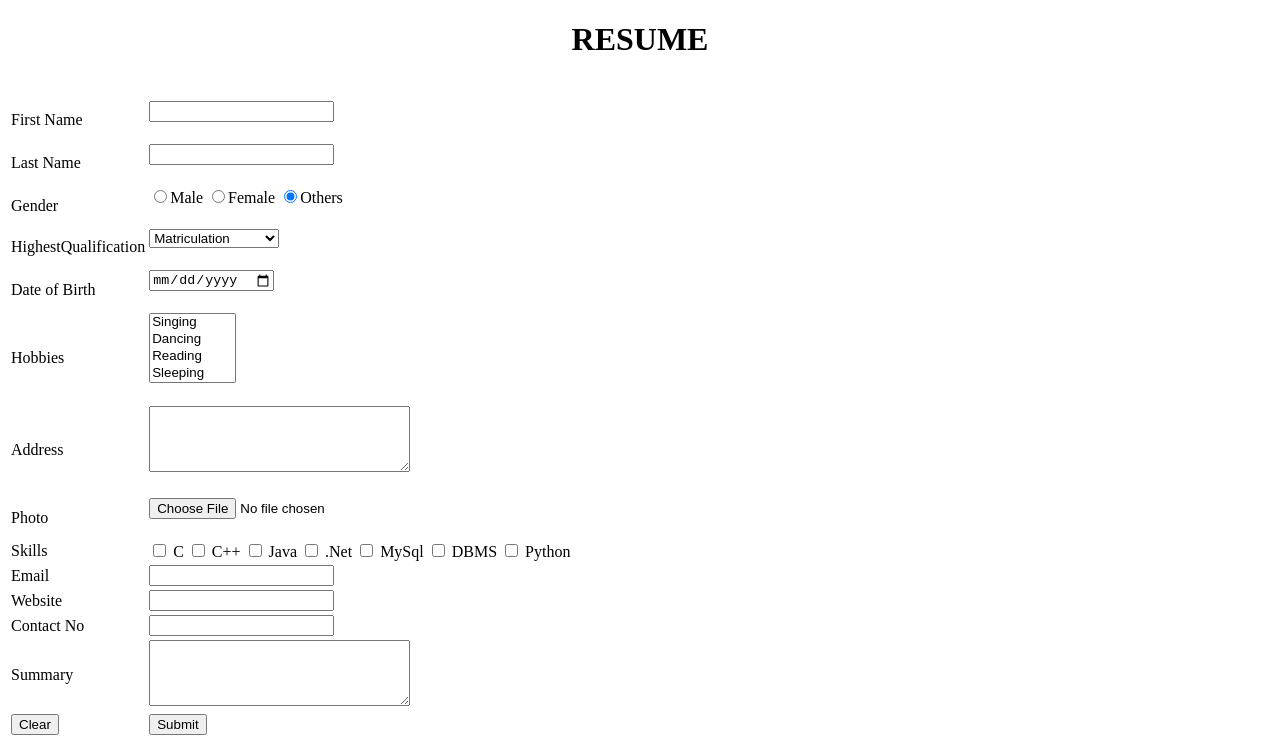
Repository: Rccalfa123/JEE
Page: MyFirstServlet/WebContent/Resume.html
An editor plug-in stored every save of this project. The page is shown before and after the next save, followed by the edit.
The browser window is 1280 px wide. The pictures show the whole page.

Above is the page before, as saved 2018-08-07 08:57:37.

### MyFirstServlet/WebContent/Resume.html
<!DOCTYPE html>
<html>
<head>
<meta charset="ISO-8859-1">
<title>Resume</title>
</head>
<body>
   <form action="ms1.java" method="get">
   <h1 align="center"> RESUME </h1><br>
  <table>
   <tr><td>First Name </td><td><input type="text" name="fname"><br><br></td></tr>

   <tr><td>Last Name</td> <td> <input type="text" name="lname"><br><br></td></tr>

   <tr><td>Gender</td> <td><input type="radio" name = "gender" value="male" checked="checked">Male
   		  <input type="radio" name = "gender" value="female" checked="checked">Female
   		  <input type="radio" name = "gender" value="others" checked="checked">Others<br><br></td></tr>

   <tr><td>HighestQualification</td> <td><select name = "Qualification">
            <option value="matriculation">Matriculation</option>
            <option value="intermediate">Intermediate</option>
            <option value="bachaolor_degree">Bachaelor Degree</option>
            <option value="masters">Masters</option>
   			</select><br><br></td></tr>

   <tr><td>Date of Birth</td><td> <input type="date" name="dob"><br><br></td></tr>

   <tr><td>Hobbies</td> <td><select multiple  name = "hobbies">
            <option value="singing">Singing</option>
            <option value="dancing">Dancing</option>
            <option value="reading">Reading</option>
            <option value="sleeping">Sleeping</option>
            <option value="eating">Eating</option>
            <option value="video_games">Video Games</option>
   			</select><br><br></td></tr>

   <tr><td>Address</td><td> <textarea name="address"   rows="4" cols="30"></textarea><br><br></td></tr>

   <tr><td>Photo</td><td><input type="file"  name="photo"><br><br></td></tr>


   <tr><td>Skills </td>   <td><input type="checkbox" name="skills" value="c"> C
   			 <input type="checkbox" name="skills" value="c++"> C++
   			 <input type="checkbox" name="skills" value="java"> Java
  			 <input type="checkbox" name="skills" value=".net"> .Net
  			 <input type="checkbox" name="skills" value="mysql"> MySql
   			 <input type="checkbox" name="skills" value="dbms"> DBMS
   			 <input type="checkbox" name="skills" value="python"> Python<br></td></tr>

  <tr><td>Email</td> <td>   <input type="email"  name="email"> <br></td></tr>

  <tr><td>Website</td> <td> <input type="url" name="website"><br></td></tr>

  <tr><td>Contact No</td> <td><input type="text" name="contact_no"> <br></td></tr>

  <tr><td>Summary </td><td> <textarea name="summary"   rows="4" cols="30"></textarea><br></td></tr>

  <tr> <td><input type="reset" value="Clear"></td><td> <input type="submit" value="Submit"> </td></tr>
  </table>
 </form>


</body>
</html>

After the next save:
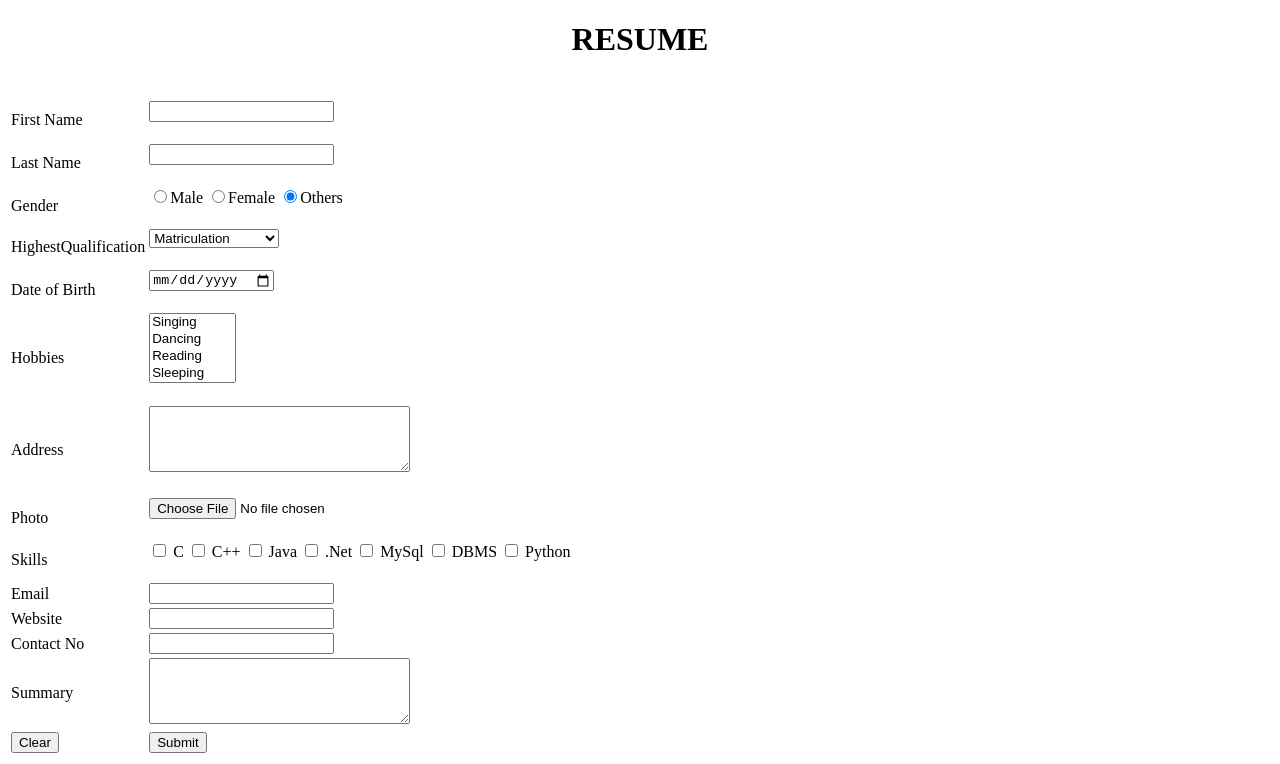
Saved 15 s later.
--- a/MyFirstServlet/WebContent/Resume.html
+++ b/MyFirstServlet/WebContent/Resume.html
@@ -45,7 +45,7 @@
   			 <input type="checkbox" name="skills" value=".net"> .Net
   			 <input type="checkbox" name="skills" value="mysql"> MySql
    			 <input type="checkbox" name="skills" value="dbms"> DBMS
-   			 <input type="checkbox" name="skills" value="python"> Python<br></td></tr>
+   			 <input type="checkbox" name="skills" value="python"> Python<br><br></td></tr>
 
   <tr><td>Email</td> <td>   <input type="email"  name="email"> <br></td></tr>
 
